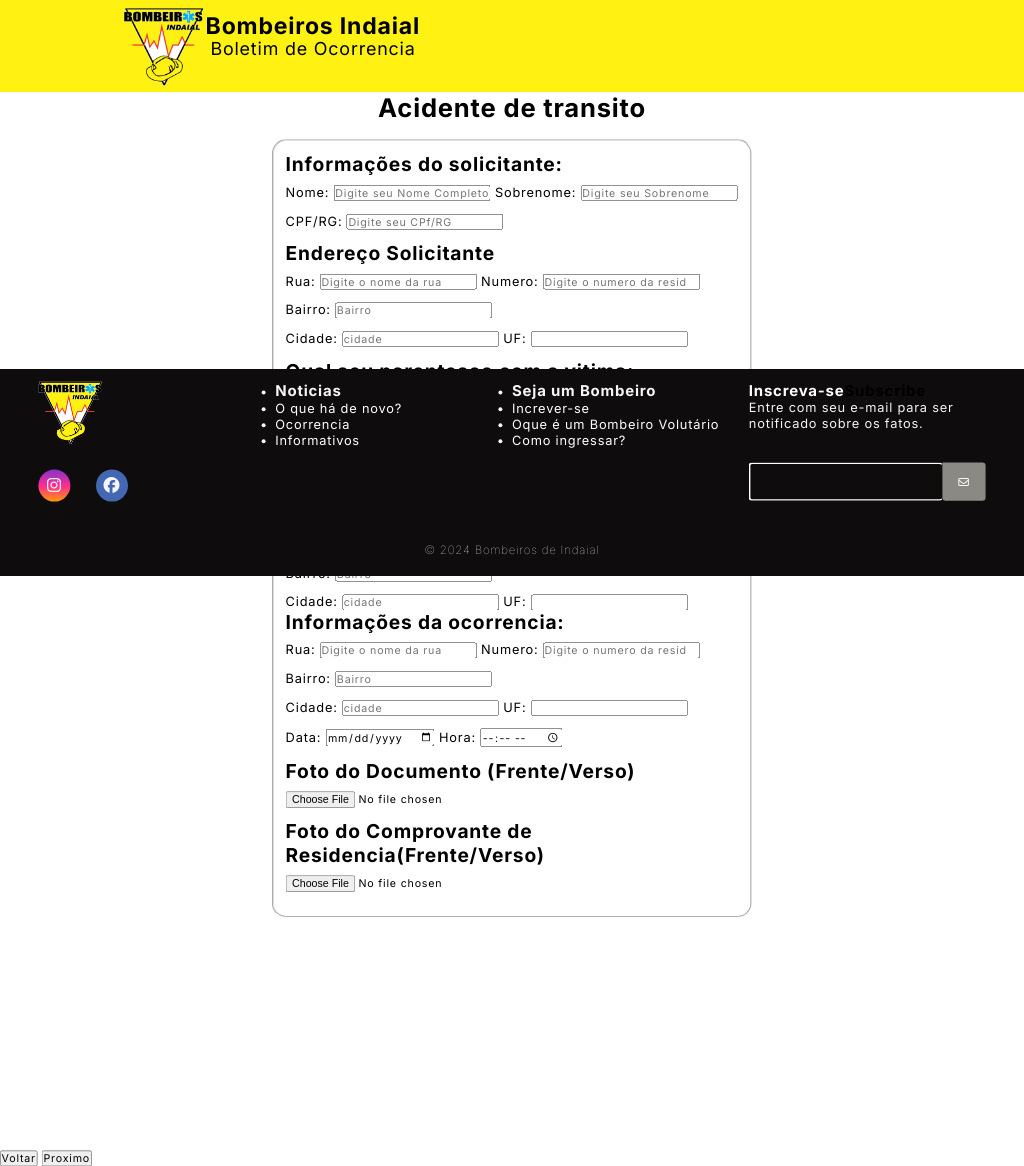
Repository: ThaylonKnopf/ProjetoBV
Page: AcidenteTransito/transitoparente/Form.html
These files come from the project's save history. The page is drawn as it stood at one moment and after a run of saves; the edit follows.
The browser window is 1280 px wide. The pictures show the whole page, at 80% of full size.

Above is the page before, as saved 2024-04-08 11:42:33.

After the next 4 saves:
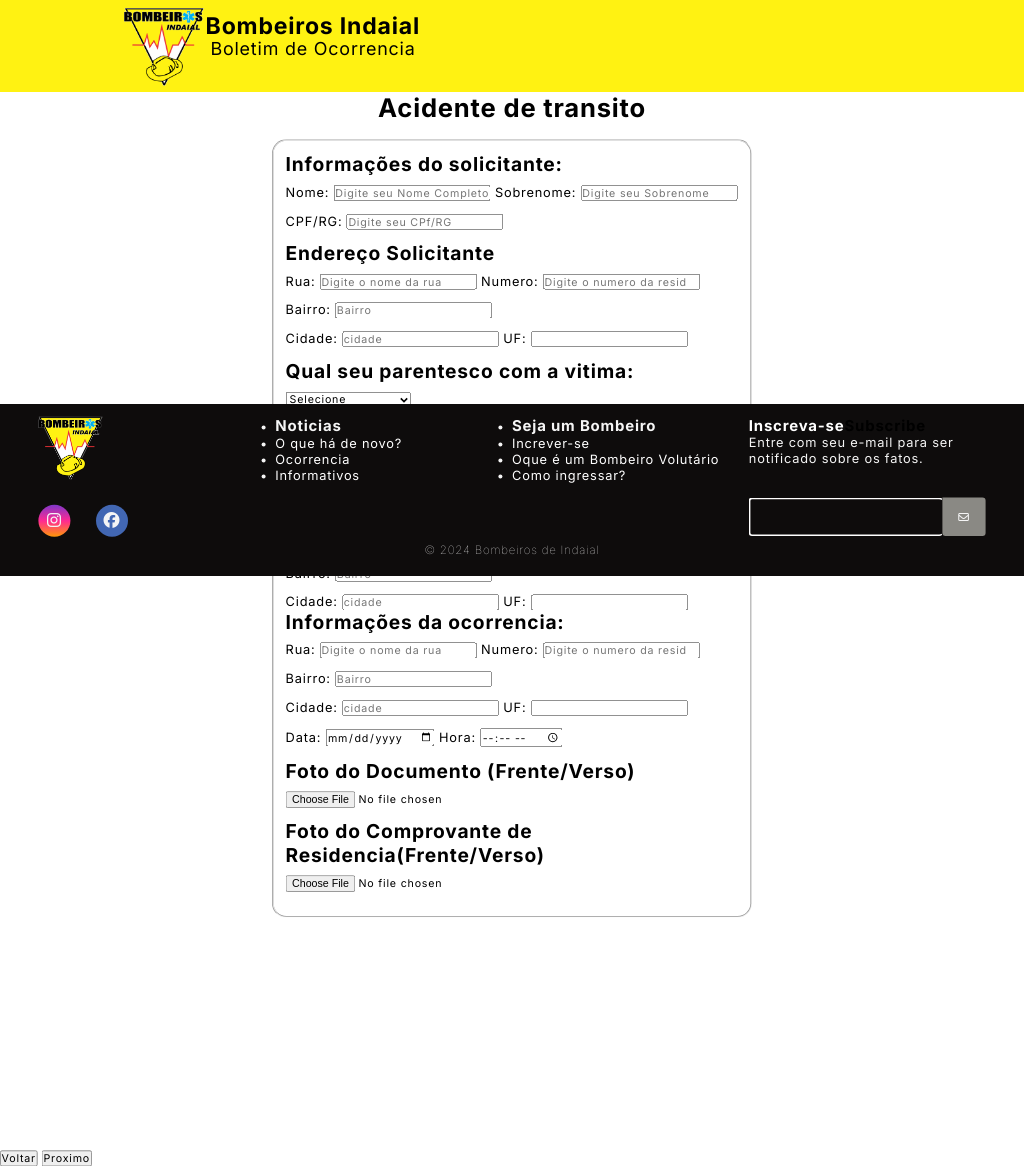
The 4 saves are shown as one change because they came seconds apart.
The last was saved 17 s later.
--- a/AcidenteTransito/transitoparente/estilo-fato.css
+++ b/AcidenteTransito/transitoparente/estilo-fato.css
@@ -46,7 +46,7 @@
 }
 
 #footer_content{
-    display: flex;
+    height:150px
 }
 
 @media (max-width: 970px) {

After the 2 saves that followed:
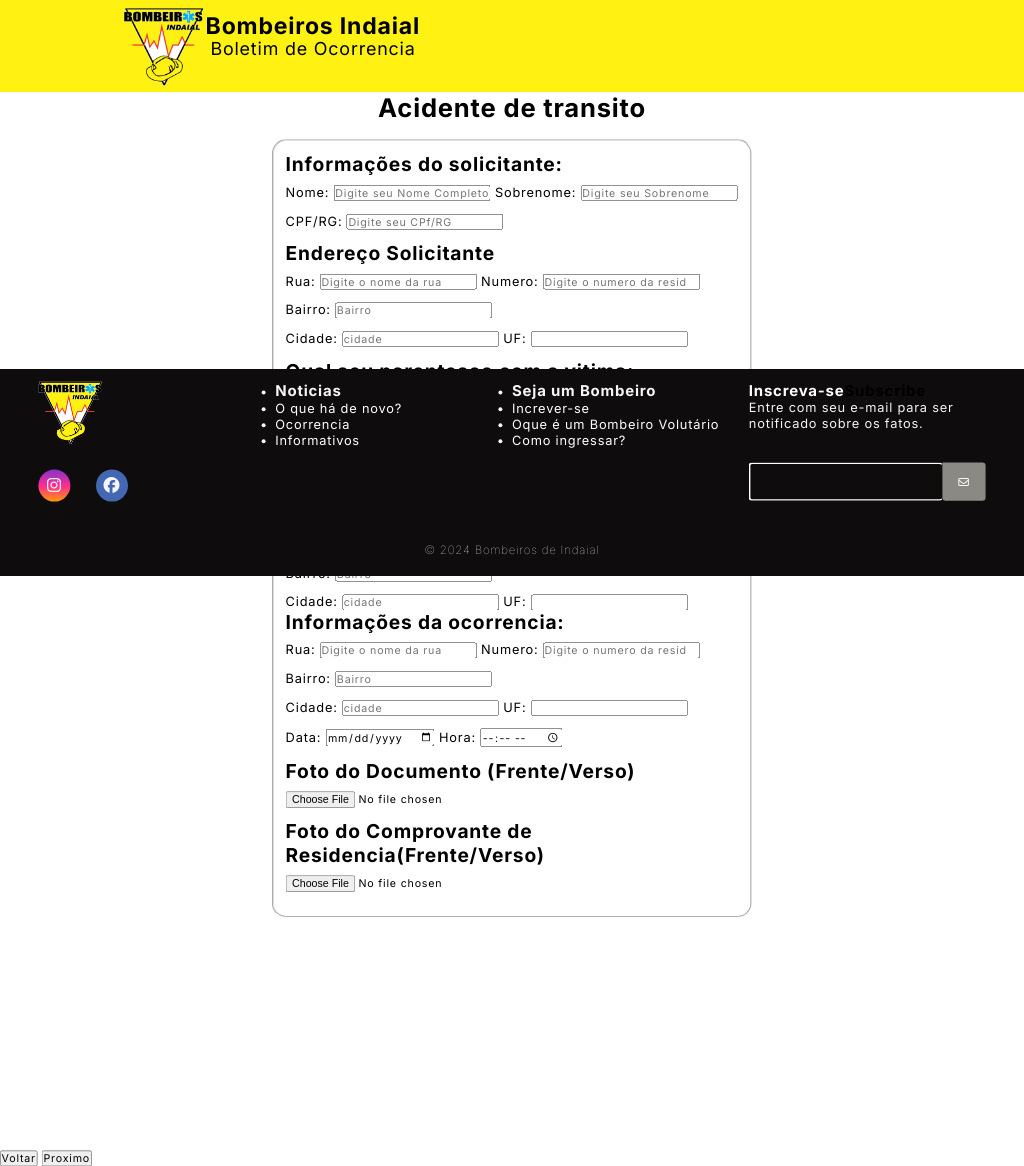
The 2 saves are shown as one change because they came seconds apart.
The last was saved 9 s later.
--- a/AcidenteTransito/transitoparente/estilo-fato.css
+++ b/AcidenteTransito/transitoparente/estilo-fato.css
@@ -46,7 +46,7 @@
 }
 
 #footer_content{
-    height:150px
+    height:130px:
 }
 
 @media (max-width: 970px) {
